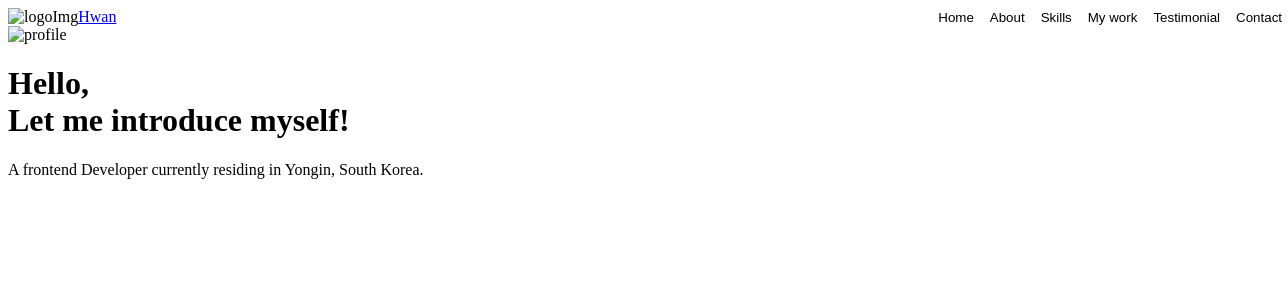
Repository: dhchun1203/Portfolio
Page: index.html
The author's editor kept a copy of each file at every save. The page is drawn from the files as they stood at one save, then again after the next save.
The browser window is 1280 px wide. The page is 1288 px wide, so the pictures cover 1288 px, including what lies to the right of the window. The pictures show the whole page.
Some web libraries are served in a nearby version.

Above is the page before, as saved 2020-12-02 15:44:56.

After the next save:
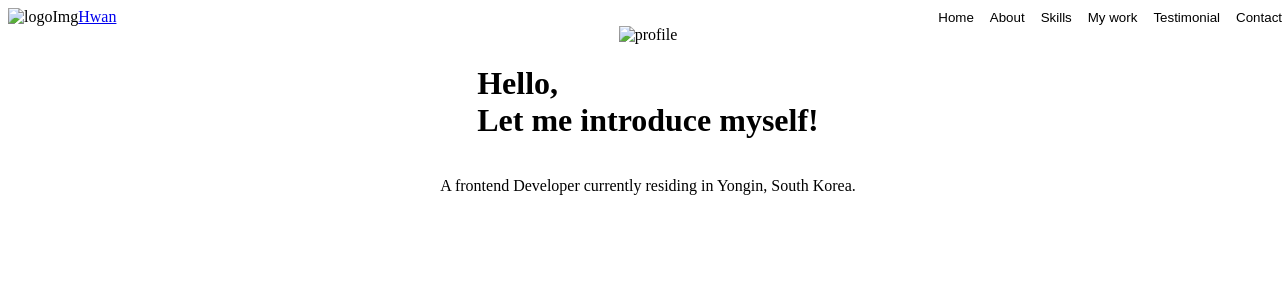
Saved 17 s later.
--- a/style.css
+++ b/style.css
@@ -2,7 +2,7 @@ body {
 	width: 100%;
 }
 
-.home {
+.content {
 	display: flex;
 	flex-direction: column;
 	align-items: center;
